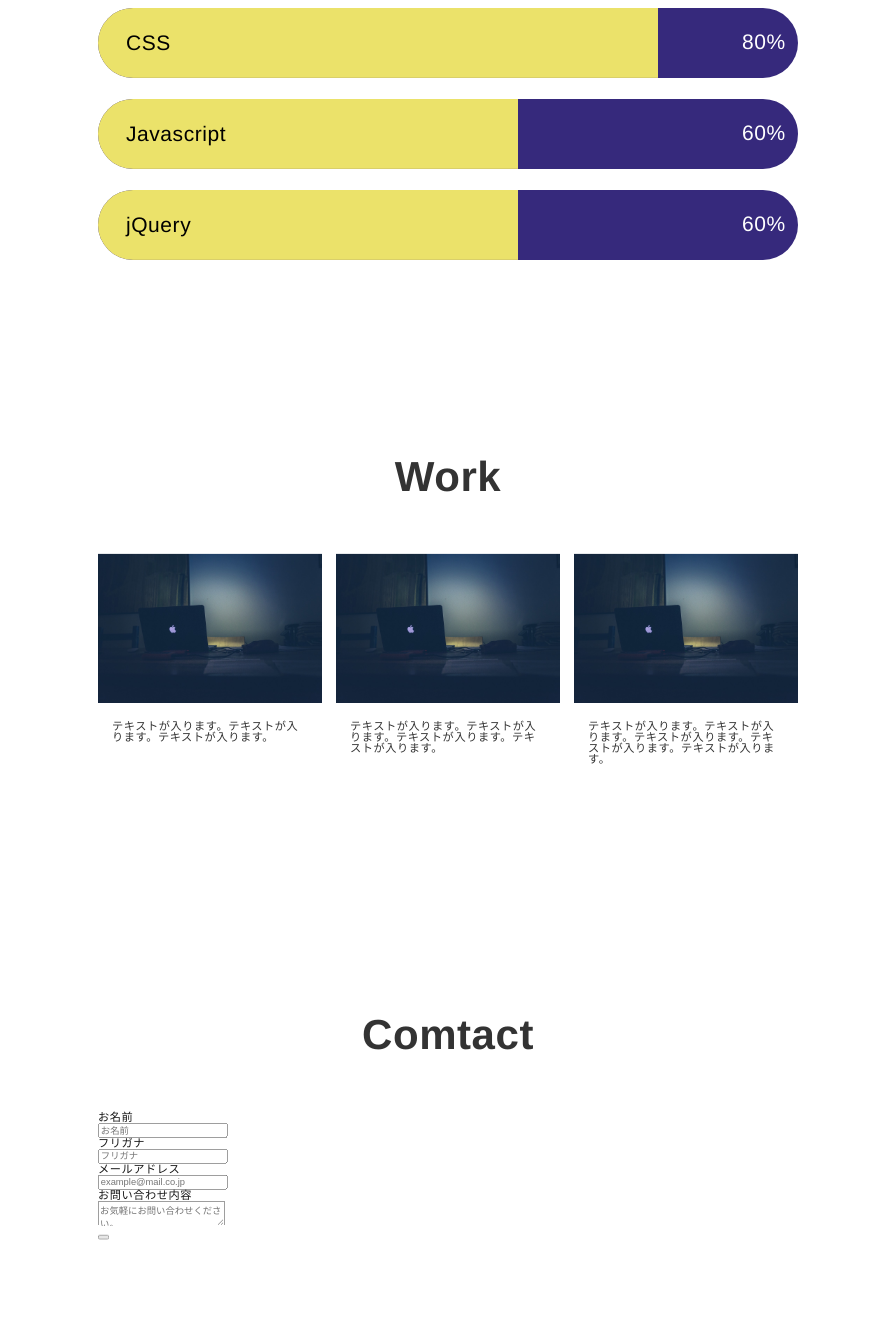
Repository: sadayuki15/portfolio
Page: index.html
The author's editor kept a copy of each file at every save. The page is drawn from the files as they stood at one save, then again after the next save.
The browser window is 1280 px wide. The pictures show the part of the page from y = 1996 to 3916 px (the page is 3916 px tall), at 70% of full size.

Above is the page before, as saved 2021-04-22 23:25:34.

After the next save:
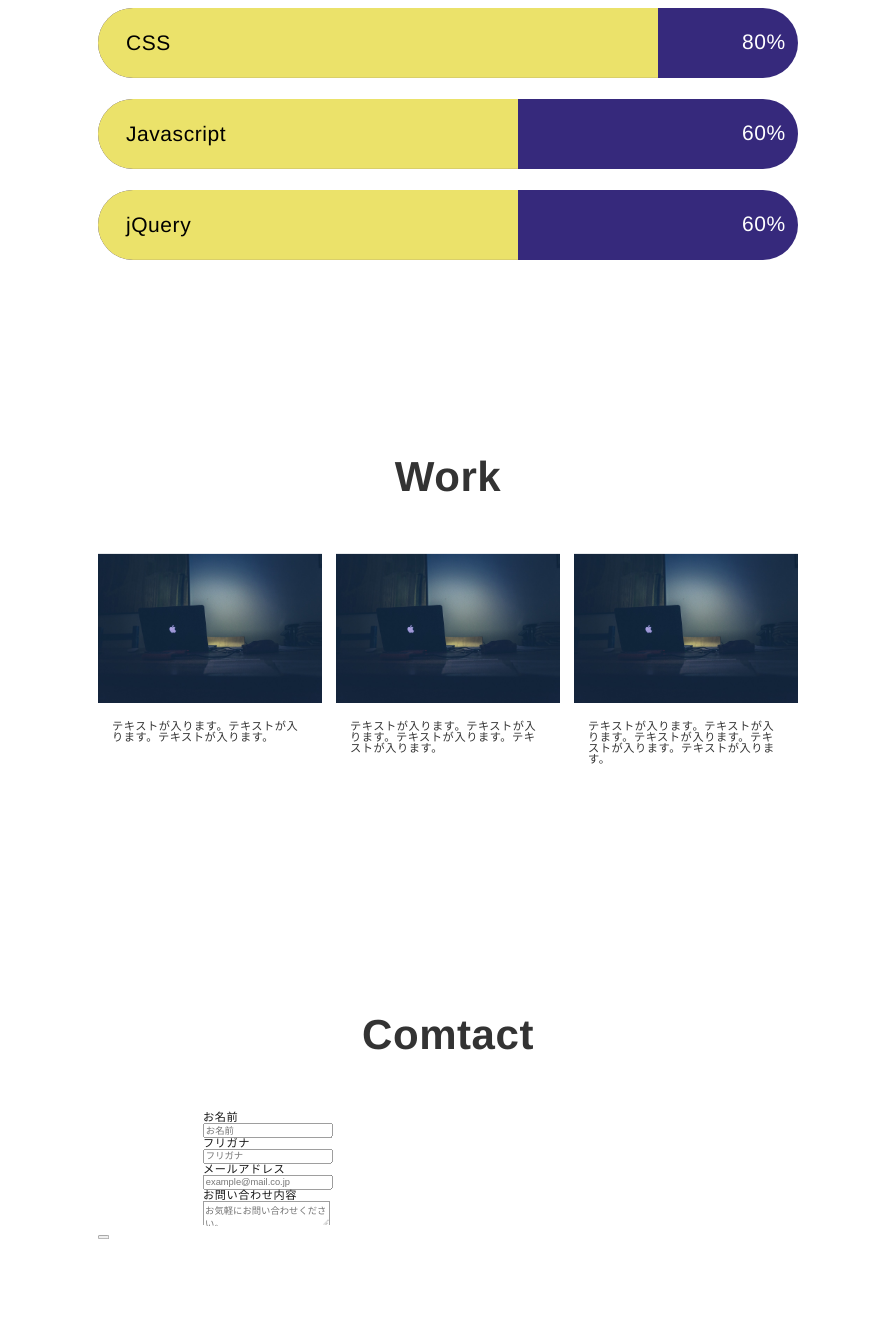
Saved 8 s later.
--- a/css/style.css
+++ b/css/style.css
@@ -203,7 +203,7 @@ img {
 /*-------contact-------*/
 .contact-list {
   max-width: 700px;
-  margin: ;
+  margin: 0 auto;
 }
 
 /*-------media-------*/
